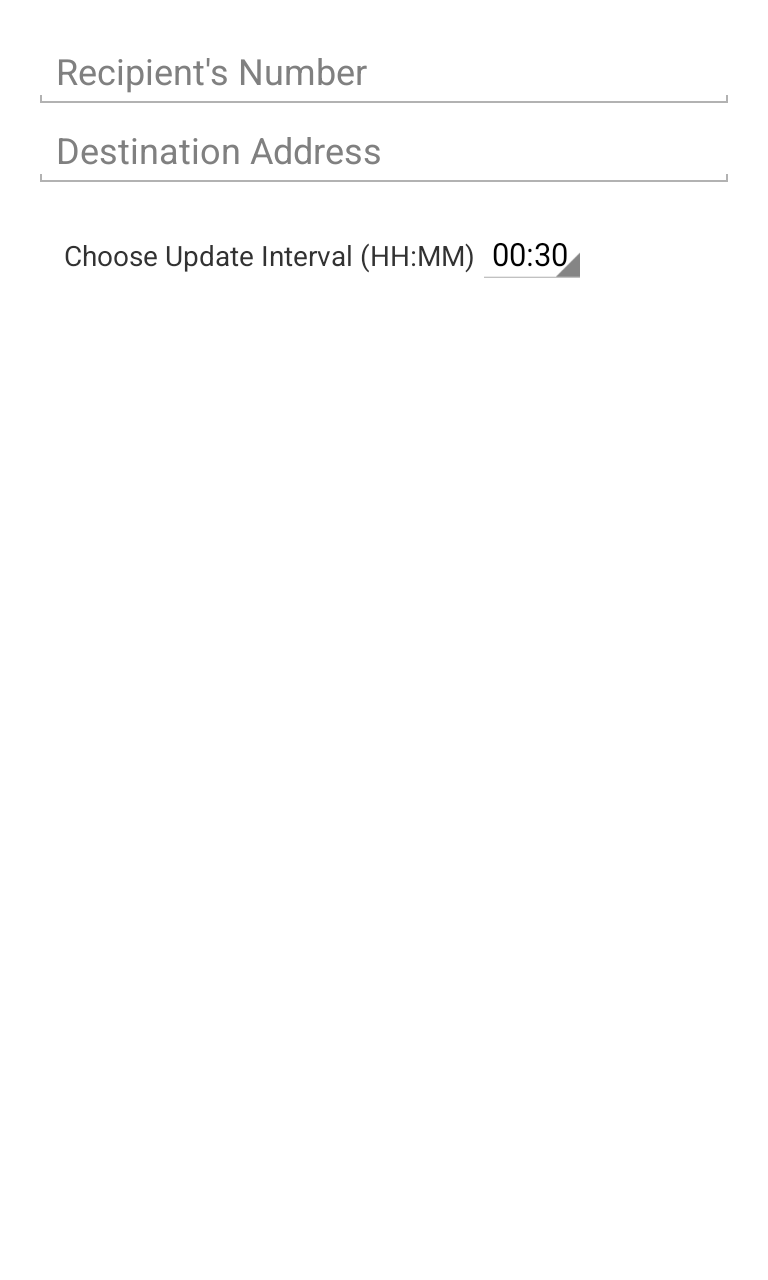
Repository: jmh9072/zolotnik
Layout: app/Herald!/res/layout/activity_main.xml
The author's editor kept a copy of each file at every save. The layout is drawn from the files as they stood at one save, then again after the next save.
It is drawn on a 768 x 1280 px phone screen (xhdpi) without system bars, with theme AppTheme; the app's code is not run.

Above is the layout before, as saved 2013-06-08 01:25:18.

After the next save:
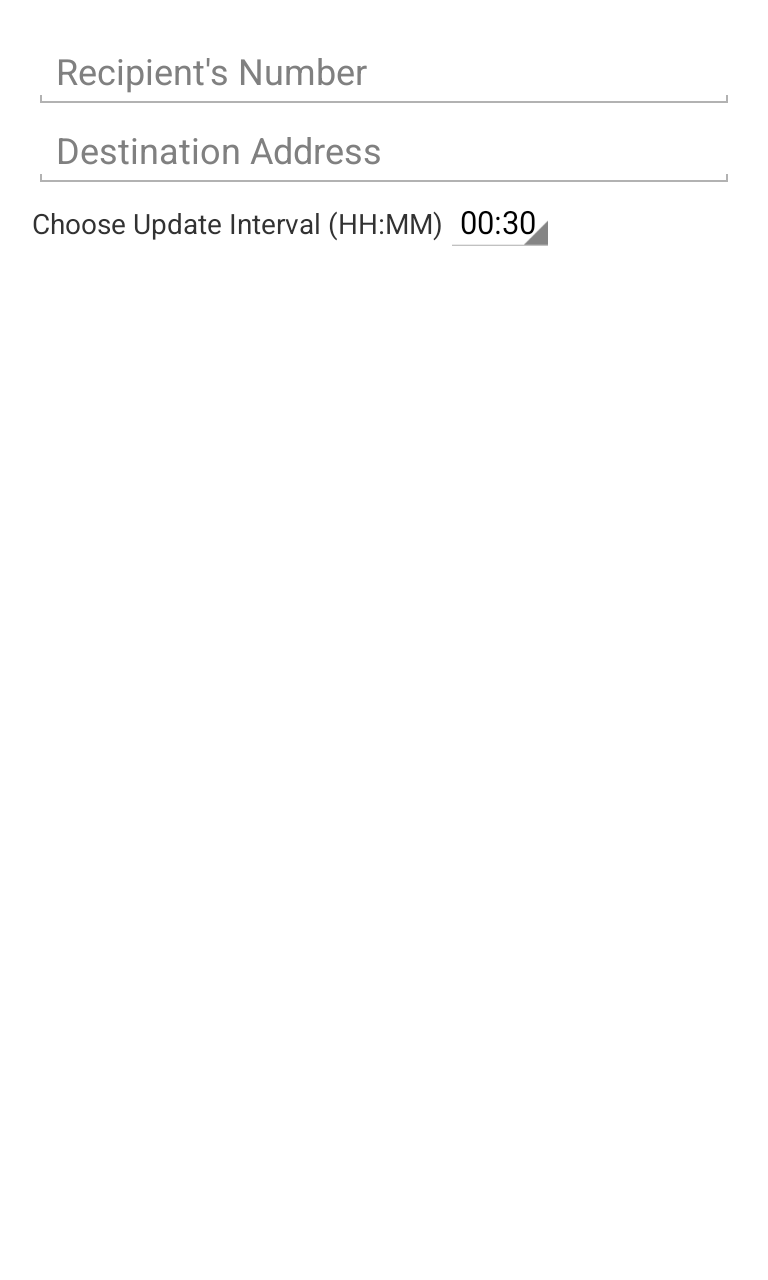
Saved 82 s later.
--- a/app/Herald!/res/layout/activity_main.xml
+++ b/app/Herald!/res/layout/activity_main.xml
@@ -26,11 +26,7 @@
     <LinearLayout xmlns:android="http://schemas.android.com/apk/res/android"
         android:layout_width="fill_parent"
         android:layout_height="fill_parent"
-        android:orientation="horizontal"
-        android:paddingBottom="@dimen/activity_vertical_margin"
-    	android:paddingLeft="@dimen/activity_horizontal_margin"
-   		android:paddingRight="@dimen/activity_horizontal_margin"
-    	android:paddingTop="@dimen/activity_vertical_margin">
+        android:orientation="horizontal">
 
          <TextView
         	android:id="@+id/spinner_prompt"
